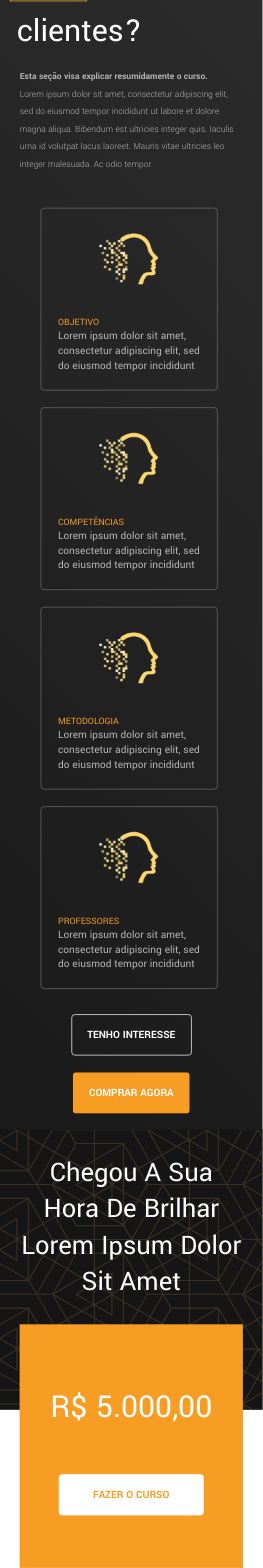
Repository: Rafael-Araujo-dev/Treinamento-Raccoon
Page: Projeto-2/index.html
An editor plug-in stored every save of this project. The page is shown before and after a run of saves, followed by the edit.
The browser window is 375 px wide. The pictures show the part of the page from y = 907 to 3147 px (the page is 3147 px tall), at 70% of full size.

Above is the page before, as saved 2021-09-23 11:42:13.

After the next 2 saves:
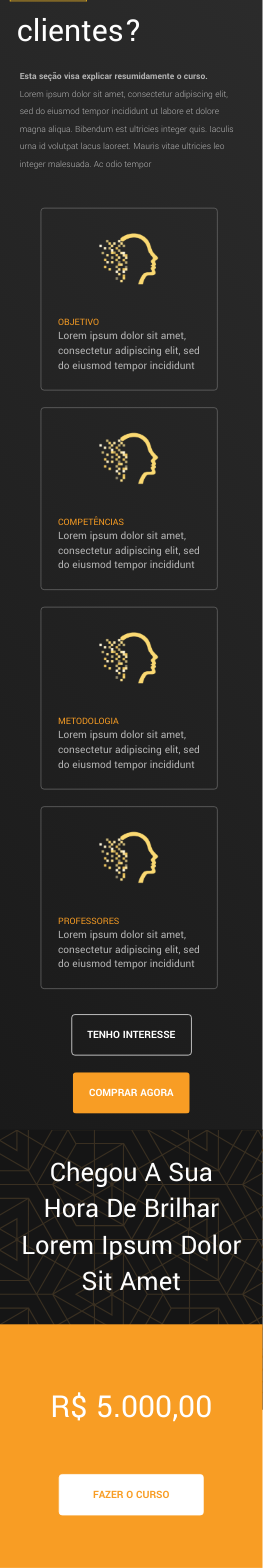
The 2 saves are shown as one change because they came seconds apart.
The last was saved 6 s later.
--- a/Projeto-2/css/style.css
+++ b/Projeto-2/css/style.css
@@ -394,7 +394,7 @@
 
 @media(max-width: 536px) {
     .take-course .container .card  {
-        width: 85%;
+        width: 100%;
     }
 }
 
